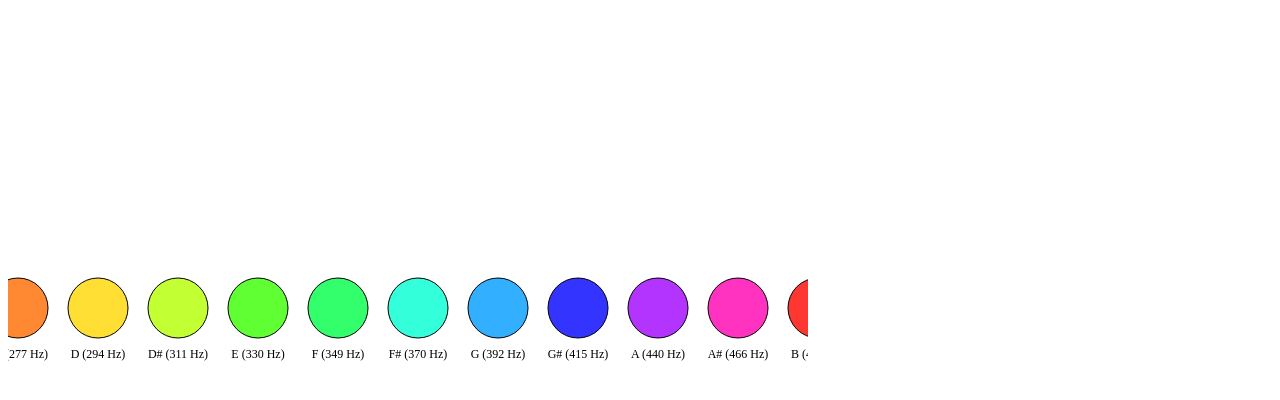
Repository: studiorichie/richielau.com
Page: assets/sound-to-color.html
The author's editor kept a copy of each file at every save. The page is drawn from the files as they stood at one save, then again after the next save.
The browser window is 1280 px wide. The pictures show the whole page.

Above is the page before, as saved 2024-11-06 18:26:26.

### assets/sound-to-color.html
<!DOCTYPE html>
<html lang="en">

<head>
    <meta charset="UTF-8">
    <title>Sound-to-Color Mapping with MIDI</title>
    <script src="https://d3js.org/d3.v6.min.js"></script>
    <style>
        .key-circle {
            fill-opacity: 0.8;
            stroke: black;
            stroke-width: 1px;
            cursor: pointer;
        }

        .label {
            font-size: 12px;
            text-anchor: middle;
        }

        .midi-label {
            font-size: 14px;
            font-weight: bold;
            text-anchor: middle;
            fill: black;
            visibility: hidden;
        }
    </style>
</head>

<body>
    <svg width="800" height="600" id="chart"></svg>

    <script>
        const keys = [
            { note: "C", freq: 261.63, midi: 60 },
            { note: "C#", freq: 277.18, midi: 61 },
            { note: "D", freq: 293.66, midi: 62 },
            { note: "D#", freq: 311.13, midi: 63 },
            { note: "E", freq: 329.63, midi: 64 },
            { note: "F", freq: 349.23, midi: 65 },
            { note: "F#", freq: 369.99, midi: 66 },
            { note: "G", freq: 392.00, midi: 67 },
            { note: "G#", freq: 415.30, midi: 68 },
            { note: "A", freq: 440.00, midi: 69 },
            { note: "A#", freq: 466.16, midi: 70 },
            { note: "B", freq: 493.88, midi: 71 }
        ];


        function getColor(freq) {
            let hue = ((freq - 261) / (493 - 261)) * 360;
            return `hsl(${hue}, 100%, 50%)`;
        }
        const svg = d3.select("#chart");
        const width = svg.attr("width");
        const height = svg.attr("height");

        const circleRadius = 30; // Radius of each circle
        const padding = 20; // Space between circles

        // Calculate the total width for the row of circles (all circles + spaces between them)
        const totalRowWidth = (keys.length * circleRadius * 2) + (keys.length - 1) * padding;

        // Create a group element to hold all circles and center it
        const group = svg.append("g")
            .attr("transform", `translate(${(width - totalRowWidth) / 2}, ${height / 2})`);

        // Render each circle within the group
        group.selectAll("circle")
            .data(keys)
            .enter()
            .append("circle")
            .attr("class", "key-circle")
            .attr("cx", (d, i) => i * (circleRadius * 2 + padding))
            .attr("cy", 0) // Center vertically within the group
            .attr("r", circleRadius)
            .attr("fill", d => getColor(d.freq))
            .on("click", function (event, d) {
                showMidiLabel(d);
                playMidiTone(d.midi);
            });

        // Add labels to each circle within the group
        group.selectAll(".label")
            .data(keys)
            .enter()
            .append("text")
            .attr("class", "label")
            .attr("x", (d, i) => i * (circleRadius * 2 + padding))
            .attr("y", circleRadius + 20) // Position labels below each circle
            .text(d => `${d.note} (${Math.round(d.freq)} Hz)`)
            .attr("fill", "black");


        const midiLabel = svg.append("text")
            .attr("class", "midi-label")
            .attr("x", width / 2)
            .attr("y", height - 50);

        function showMidiLabel(data) {
            midiLabel.text(`MIDI: ${data.midi} - ${data.note}`)
                .attr("x", (keys.indexOf(data) + 1) * (width / (keys.length + 1)))
                .attr("y", height / 2 - 50)
                .attr("visibility", "visible");

            // Hide label after a short delay
            setTimeout(() => {
                midiLabel.attr("visibility", "hidden");
            }, 2000);
        }


        function playMidiTone(midi) {
            const context = new (window.AudioContext || window.webkitAudioContext)();
            const oscillator = context.createOscillator();
            const gainNode = context.createGain();
            oscillator.type = 'sine'; // Sine wave for a pure tone
            oscillator.frequency.setValueAtTime(440 * Math.pow(2, (midi - 69) / 12), context.currentTime); // MIDI to Hz
            gainNode.gain.setValueAtTime(0.1, context.currentTime); // Lower gain for a soft sound
            oscillator.connect(gainNode).connect(context.destination);
            oscillator.start();
            oscillator.stop(context.currentTime + 0.5); // Play sound for 0.5 seconds
        }
    </script>
</body>

</html>

After the next save:
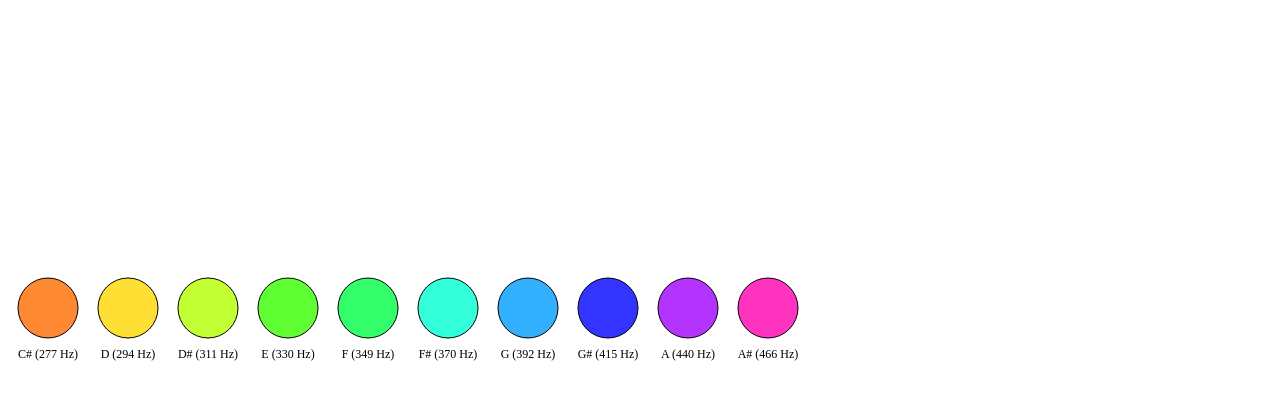
Saved 58 s later.
--- a/assets/sound-to-color.html
+++ b/assets/sound-to-color.html
@@ -59,12 +59,12 @@
         const circleRadius = 30; // Radius of each circle
         const padding = 20; // Space between circles
 
-        // Calculate the total width for the row of circles (all circles + spaces between them)
-        const totalRowWidth = (keys.length * circleRadius * 2) + (keys.length - 1) * padding;
+        // Calculate the total width for the row of circles (number of circles * diameter + spaces between)
+        const totalRowWidth = (keys.length * (circleRadius * 2)) + ((keys.length - 1) * padding);
 
         // Create a group element to hold all circles and center it
         const group = svg.append("g")
-            .attr("transform", `translate(${(width - totalRowWidth) / 2}, ${height / 2})`);
+            .attr("transform", `translate(${(width - totalRowWidth) / 2 + circleRadius}, ${height / 2})`);
 
         // Render each circle within the group
         group.selectAll("circle")
